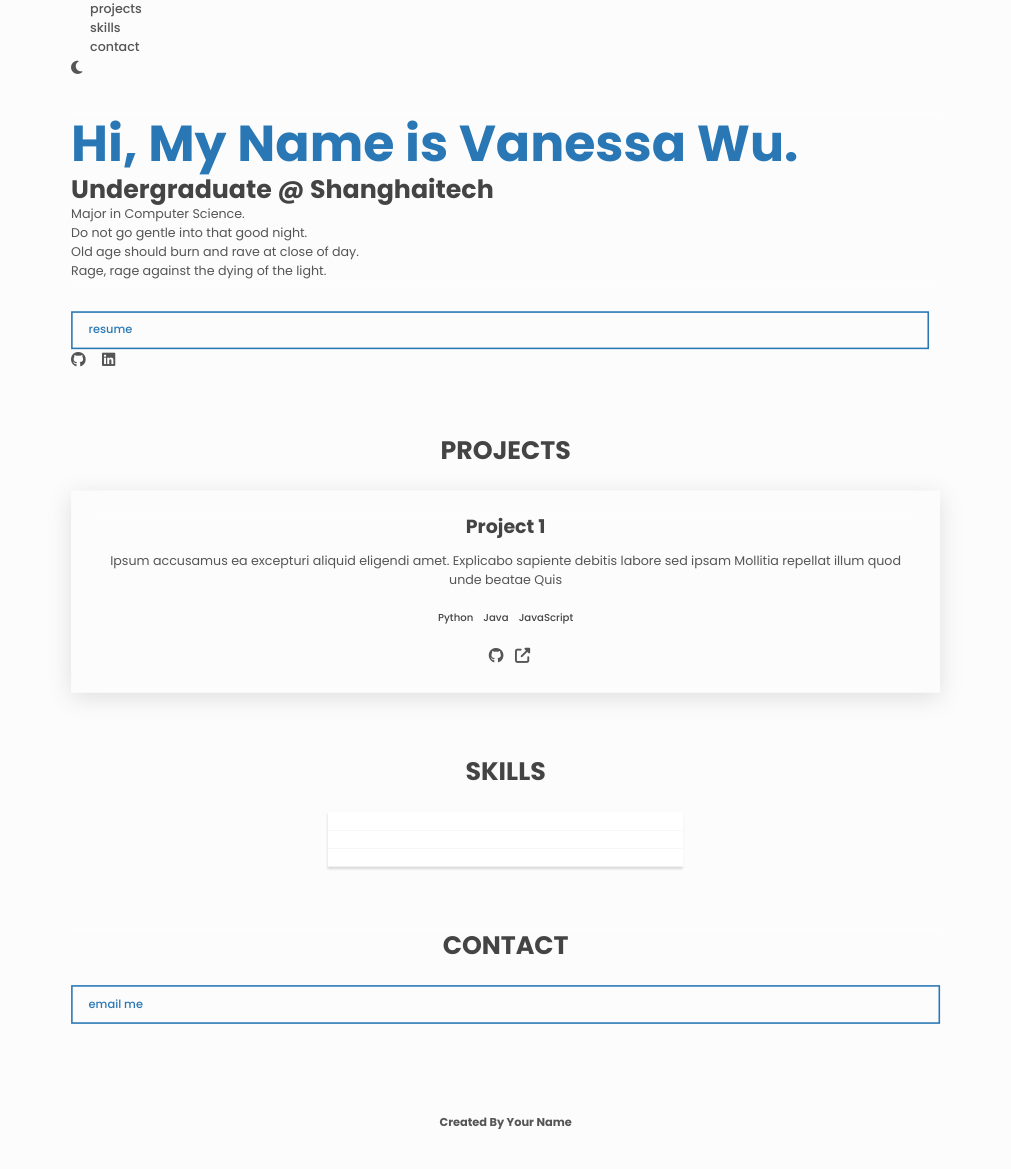
Repository: indiansummer1022/Cubstart
Page: Web Track/hw1/index.html
An editor plug-in stored every save of this project. The page is shown before and after a run of saves, followed by the edit.
The browser window is 1280 px wide. The pictures show the whole page, at 79% of full size.
Some web libraries are served in a nearby version.

Above is the page before, as saved 2022-02-15 21:20:38.

### Web Track/hw1/index.html
<!DOCTYPE html>
<html lang="en">

<head>
  <meta charset="UTF-8" />
  <meta name="viewport" content="width=device-width, initial-scale=1" />
  <meta name="description" content="Portfolio" />
  <link rel="preconnect" href="https://fonts.googleapis.com" />
  <link rel="preconnect" href="https://fonts.gstatic.com" crossorigin />
  <link href="https://fonts.googleapis.com/css2?family=Poppins:wght@400;500;700&display=swap" rel="stylesheet" />
  <script src="https://kit.fontawesome.com/fa62c117c7.js" crossorigin="anonymous"></script>
  <!-- BEGIN PART 1 -->
  <link rel="stylesheet" href ="styles.css">
  <title>Vanessa Wu</title>
  <!-- END PART 1 -->
</head>

<body class="light" id="top">
  <header class="header center">
    <!-- BEGIN PART 2 -->
    <h3>
        <a href="/"></a>
    </h3>
    <!-- END PART 2 -->
    <nav class="nav center">
      <ul class="nav__list center">
        <li class="nav__list-item">
          <a class="link link--nav" href="#projects">Projects</a>
        </li>
        <li class="nav__list-item">
          <a class="link link--nav" href="#skills">Skills</a>
        </li>
        <li class="nav__list-item">
          <a class="link link--nav" href="#contact">Contact</a>
        </li>
      </ul>

      <!-- BEGIN PART 5 -->

      <button type="button" aria-label="toggle theme" class="btn btn--icon">
        <i id="btn-theme" class="fas fa-moon"></i>
      </button>

      <!--
        5.1: What does this button tag correspond to on the site?

        Corresponds to the moon icon on top left of the page which to change the light/ dark theme of the website.

      -->

      <button type="button" aria-label="toggle navigation" class="btn btn--icon nav__hamburger">
        <i class="fas fa-bars"></i>
      </button>

      <!--
        5.2: Try Ctrl-F in styles.css and look the class 'nav__hamburger'. You'll notice that it
        appears in 2 places. Why is one of the rules 'display: none' on one instance? How do you
        make it so that this button appears on screen?
        Hint: remember what @media (max-width: 600px) means.

        1. @media (max-width: 600px) is for mobile so hamburger is set to appear on the screen if it is the mobile version.
        The element is hidden if it is the desktop version. [referring: @hannahmcg]
        2. Change 'display: none' to flex so this button will appear.

      -->

      <!-- END PART 5 -->
    </nav>
  </header>

  <main>
    <div class="about center">
      <!-- BEGIN PART 6 -->
      <h1 class="about__name">
        Hi, My Name is Vanessa Wu.
      </h1>
      <h2 class="about_role">
        Undergraduate @ Shanghaitech
      </h2>
      <p class="about-desc">
        Major in Computer Science. <br>
        Do not go gentle into that good night. <br>
        Old age should burn and rave at close of day. <br>
        Rage, rage against the dying of the light. <br>
      </p>
      <!-- END PART 6 -->
      <div class="about__contact center">
        <a href="https://example.com">
          <span class="btn btn--outline">Resume</span>
        </a>

        <a href="https://github.com/" aria-label="github" class="link link--icon">
          <i aria-hidden="true" class="fab fa-github"></i>
        </a>

        <a href="https://linkedin.com/in/" aria-label="linkedin" class="link link--icon">
          <i aria-hidden="true" class="fab fa-linkedin"></i>
        </a>
      </div>
    </div>
    <section id="projects" class="section projects">
      <h2 class="section__title">Projects</h2>
      <div class="projects__grid">
        <!-- BEGIN PART 8 -->
        <div class="project">
          <h3>Project 1</h3>
          <p class="project__description">
            Ipsum accusamus ea excepturi aliquid eligendi amet. Explicabo
            sapiente debitis labore sed ipsam Mollitia repellat illum quod
            unde beatae Quis
          </p>
          <ul class="project__stack">
            <li class="project__stack-item">Python</li>
            <li class="project__stack-item">Java</li>
            <li class="project__stack-item">JavaScript</li>
          </ul>

          <a href="https://github.com" aria-label="source code" class="link link--icon">
            <i aria-hidden="true" class="fab fa-github"></i>
          </a>
          <a href="https://example.com" aria-label="live preview" class="link link--icon">
            <i aria-hidden="true" class="fas fa-external-link-alt"></i>
          </a>
        </div>
        <!-- END PART 8 -->
      </div>
    </section>


    <section class="section skills" id="skills">
      <!-- BEGIN PART 10 -->
      <h2 class="section__title">Skills</h2>
      <ul class="skills__list">
        <li class="skills__list-item btn btn--plain"></li>
        <li class="skills__list-item btn btn--plain"></li>
        <li class="skills__list-item btn btn--plain"></li>
      </ul>
      <!-- END PART 10 -->
    </section>
    <section class="section contact center" id="contact">
      <h2 class="section__title">Contact</h2>
      <a href="mailto:youremail@gmail.com">
        <span class="btn btn--outline">Email me</span>
      </a>
    </section>
  </main>

  <footer class="footer">
    <!-- BEGIN PART 12 -->
    <a href="/" class="link footer__link">
      Created By Your Name
    </a>
    <!-- END PART 12 -->
  </footer>


  <div class="scroll-container">
    <div class="scroll-top">
      <a aria-label="Scroll up" href="#top">
        <i aria-hidden="true" class="fas fa-arrow-up"></i>
      </a>
    </div>
  </div>
  <script src="./script.js"></script>
</body>

</html>

### Web Track/hw1/styles.css
/*===============
  global styles
===============*/

* {
  padding: 0;
  margin: 0;
  border: 0;
  outline: 0;
  background-color: inherit;
  color: inherit;
  font-family: inherit;
  font-size: inherit;
  box-shadow: none;
  box-sizing: border-box;
}

html {
  scroll-behavior: smooth;
}

body {
  font-family: "Poppins", sans-serif;
  line-height: 1.5;
  color: var(--clr-fg);
  background-color: var(--clr-bg);
}

.light {
  --clr-bg: #fcfcfc;
  --clr-bg-alt: #fff;
  --clr-fg: #555;
  --clr-fg-alt: #444;
  --clr-primary: #2978b5;
  --shadow: rgba(100, 100, 111, 0.2) 0px 7px 29px 0px;
}

.dark {
  --clr-bg: #23283e;
  --clr-bg-alt: #2a2f4c;
  --clr-fg: #bdbddd;
  --clr-fg-alt: #cdcdff;
  --clr-primary: #90a0d9;
  --shadow: rgba(0, 0, 0, 0.16) 0px 10px 36px 0px,
    rgba(0, 0, 0, 0.06) 0px 0px 0px 1px;
}

::-moz-selection {
  background: var(--clr-primary);
  color: var(--clr-bg);
}

::-webkit-selection,
::selection {
  background: var(--clr-primary);
  color: var(--clr-bg);
}

h1,
h2,
h3,
h4 {
  line-height: 1.2;
  color: var(--clr-fg-alt);
}

h1 {
  font-size: 4rem;
}

h2 {
  font-size: 2rem;
}

h3 {
  font-size: 1.5rem;
}

h4 {
  font-size: 1.3rem;
}

ul {
  list-style-type: none;
}

a {
  text-decoration: none;
}

button {
  cursor: pointer;
}

@media (max-width: 900px) {
  h1 {
    font-size: 2.6rem;
  }
}

/*===================
  buttons and links
===================*/

.link {
  color: var(--clr-primary);
  padding: 0 0 0.3em 0;
  position: relative;
}

.link:hover {
  color: var(--clr-primary);
}

/* BEGIN PART 4 */

.link::before {
  content: "";
  display: inline;
  width: 0%;
  height: 0.2em;
  position: absolute;
  bottom: 0;
  background-color: var(--clr-primary);
  /* transition: */
}

.link:hover::before,
.link:focus::before {
  width: 100%;
  transition: property width, duration 5s, timing-function ease-in;
}

/* END PART 4 */

.link--nav {
  color: var(--clr-fg);
  text-transform: lowercase;
  font-weight: 500;
}

.link--icon {
  color: var(--clr-fg);
  font-size: 1.2rem;
}

.btn {
  display: block;
  padding: 0.8em 1.4em;
  font-weight: 500;
  font-size: 0.9rem;
  text-transform: lowercase;
  transition: transform 0.2s ease-in-out;
}

.btn--outline {
  color: var(--clr-primary);
  border: 2px solid var(--clr-primary);
  position: relative;
  overflow: hidden;
  z-index: 1;
}

.btn--outline:focus,
.btn--outline:hover {
  color: var(--clr-bg);
}

.btn--outline:before {
  content: "";
  position: absolute;
  background-color: var(--clr-primary);
  right: 100%;
  bottom: 0;
  left: 0;
  top: 0;
  z-index: -1;
  transition: right 0.2s ease-in-out;
}

.btn--outline:hover::before,
.btn--outline:focus::before {
  right: 0;
}

.btn--plain {
  text-transform: initial;
  background-color: var(--clr-bg-alt);
  box-shadow: rgba(0, 0, 0, 0.15) 0px 3px 3px 0px;
  border: 0;
}

.btn--plain:hover {
  transform: translateY(-4px);
}

.btn--icon {
  padding: 0;
  font-size: 1.2rem;
}

.btn--icon:hover,
.btn--icon:focus {
  color: var(--clr-primary);
}

.btn--icon:active {
  transform: translateY(-5px);
}

/*========
  layout
========*/

/* BEGIN PART 3 */

.center {
  justify-content: center;
  flex-direction: column;
}

.header {
  height: 8em;
  max-width: 1100px;
  width: 95%;
  margin: 0 auto;
  /* justify-content: */
  justify-content: space-around;
}

/* END PART 3 */

main {
  max-width: 1100px;
  width: 95%;
  margin: 0 auto;
}

.section {
  margin-top: 5em;
}

.section__title {
  text-align: center;
  margin-bottom: 1em;
  text-transform: uppercase;
}

.nav__list {
  margin-right: 1.5em;
  display: flex;
}

.nav__list-item {
  margin-left: 1.5em;
}

.nav__hamburger {
  display: none;
  width: 1em;
}

/* BEGIN PART 7 */

.about {
  flex-direction: column;
  margin-top: 1em;
}

/* END PART 7 */

.about__name {
  color: var(--clr-primary);
}

.about__role {
  margin-top: 1.2em;
}

.about__desc {
  font-size: 1rem;
  max-width: 600px;
}

.about__desc,
.about__contact {
  margin-top: 2.4em;
}

.about .link--icon {
  margin-right: 0.8em;
}

.about .btn--outline {
  margin-right: 1em;
}

/* BEGIN PART 9 */

.projects__grid {
  max-width: 1100px;
  margin: 0 auto;
  /* display: */
  /* grid-template-columns: */
  /* grid-gap: */
}

/* END PART 9 */

.project {
  padding: 2em;
  margin: 0 auto;
  text-align: center;
  box-shadow: var(--shadow);
  transition: transform 0.2s linear;
}

.project:hover {
  transform: translateY(-7px);
}

.project__description {
  margin-top: 1em;
}

.project__stack {
  display: flex;
  flex-wrap: wrap;
  justify-content: center;
  margin: 1.2em 0;
}

.project__stack-item {
  margin: 0.5em;
  font-weight: 500;
  font-size: 0.8rem;
  color: var(--clr-fg-alt);
}

.project .link--icon {
  margin-left: 0.5em;
}

/* BEGIN PART 11 */

.skills__list {
  max-width: 450px;
  width: 95%;
  margin: 0 auto;
  /* display: */
  /* flex-wrap: */
  /* justify-content: */
}

.skills__list-item {
}

/* END PART 11 */

.contact {
  flex-direction: column;
}

.footer {
  padding: 3em 0;
  margin-top: 4em;
  text-align: center;
}

.footer__link {
  font-size: 0.9rem;
  font-weight: 700;
  color: var(--clr-fg);
}

.scroll-top {
  display: none;
  position: fixed;
  bottom: 1em;
  right: 2em;
  background-color: transparent;
  font-size: 1.8rem;
  transition: transform 0.2s ease-in-out;
}

@media (max-width: 600px) {
  .header {
    height: 6em;
  }

  .section {
    margin-top: 4em;
  }

  .nav__list {
    flex-direction: column;
    padding: 4em 0;
    position: absolute;
    right: 0;
    left: 0;
    top: 5em;
    background-color: var(--clr-bg);
    width: 0;
    overflow: hidden;
    transition: width 0.2s ease-in-out;
  }

  .display-nav-list {
    width: 100%;
  }

  .nav__list-item {
    margin: 0.5em 0;
  }

  .nav__hamburger {
    display: flex;
    margin-left: 0.8em;
  }

  .about {
    align-items: flex-start;
    margin-top: 2em;
  }

  .footer {
    padding: 2em;
    margin-top: 3em;
  }

  .scroll-container {
    display: none;
  }
}

### Web Track/hw1/script.js
const body = document.body

const btnTheme = document.querySelector('.fa-moon')
const btnHamburger = document.querySelector('.fa-bars')

const addThemeClass = (bodyClass, btnClass) => {
  body.classList.add(bodyClass)
  btnTheme.classList.add(btnClass)
}

const getBodyTheme = localStorage.getItem('portfolio-theme')
const getBtnTheme = localStorage.getItem('portfolio-btn-theme')

addThemeClass(getBodyTheme, getBtnTheme)

const isDark = () => body.classList.contains('dark')

const setTheme = (bodyClass, btnClass) => {

	body.classList.remove(localStorage.getItem('portfolio-theme'))
	btnTheme.classList.remove(localStorage.getItem('portfolio-btn-theme'))

  addThemeClass(bodyClass, btnClass)

	localStorage.setItem('portfolio-theme', bodyClass)
	localStorage.setItem('portfolio-btn-theme', btnClass)
}

const toggleTheme = () =>
	isDark() ? setTheme('light', 'fa-moon') : setTheme('dark', 'fa-sun')

btnTheme.addEventListener('click', toggleTheme)

const displayList = () => {
	const navUl = document.querySelector('.nav__list')

	if (btnHamburger.classList.contains('fa-bars')) {
		btnHamburger.classList.remove('fa-bars')
		btnHamburger.classList.add('fa-times')
		navUl.classList.add('display-nav-list')
	} else {
		btnHamburger.classList.remove('fa-times')
		btnHamburger.classList.add('fa-bars')
		navUl.classList.remove('display-nav-list')
	}
}

btnHamburger.addEventListener('click', displayList)

const scrollUp = () => {
	const btnScrollTop = document.querySelector('.scroll-top')

	if (
		body.scrollTop > 500 ||
		document.documentElement.scrollTop > 500
	) {
		btnScrollTop.style.display = 'block'
	} else {
		btnScrollTop.style.display = 'none'
	}
}

document.addEventListener('scroll', scrollUp)

After the next 5 saves:
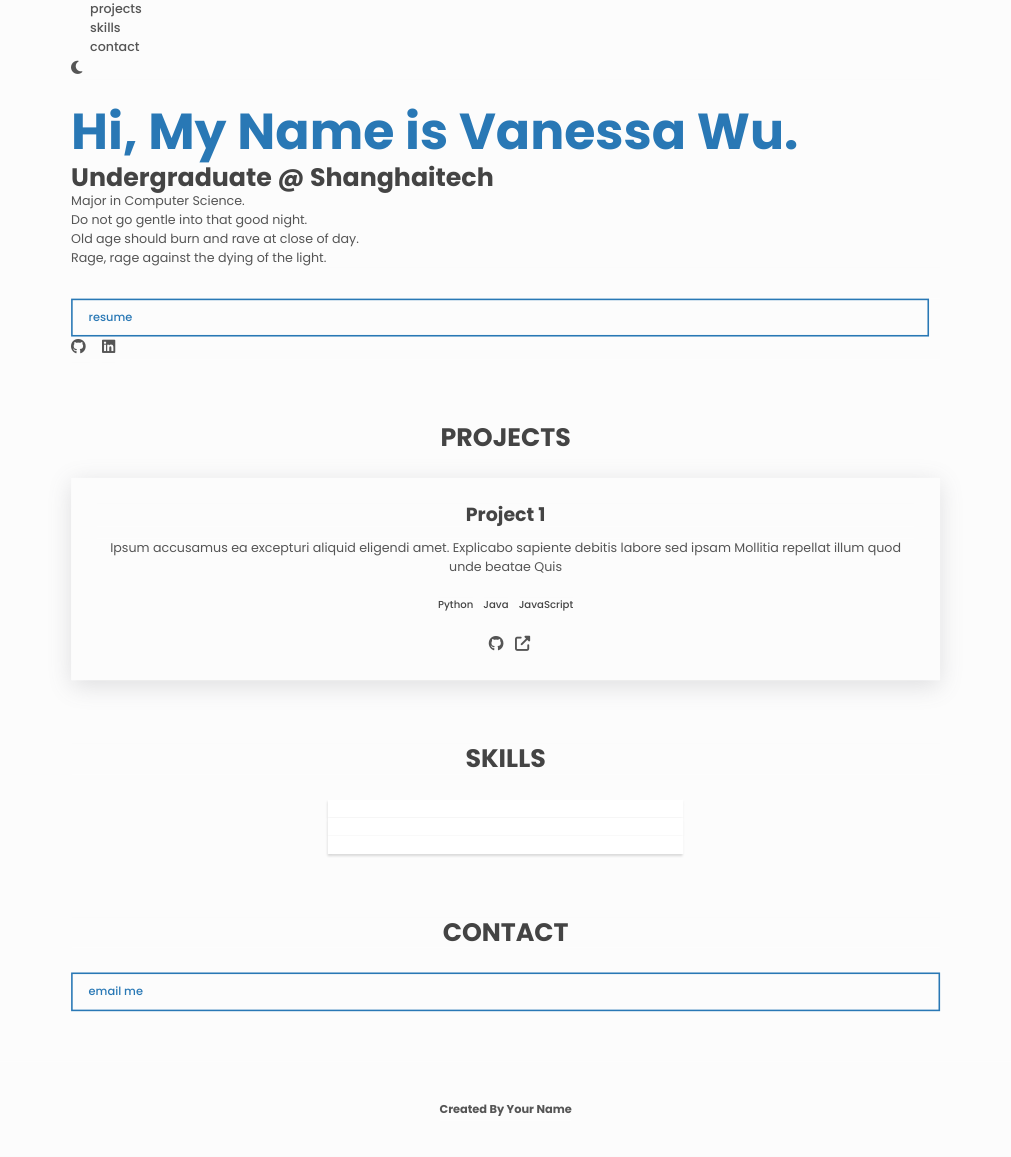
The 5 saves are shown as one change because they came seconds apart.
The last was saved 17 s later.
--- a/Web Track/hw1/styles.css
+++ b/Web Track/hw1/styles.css
@@ -264,7 +264,7 @@
 
 .about {
   flex-direction: column;
-  margin-top: 1em;
+  margin-top: 1;
 }
 
 /* END PART 7 */

After the save that followed:
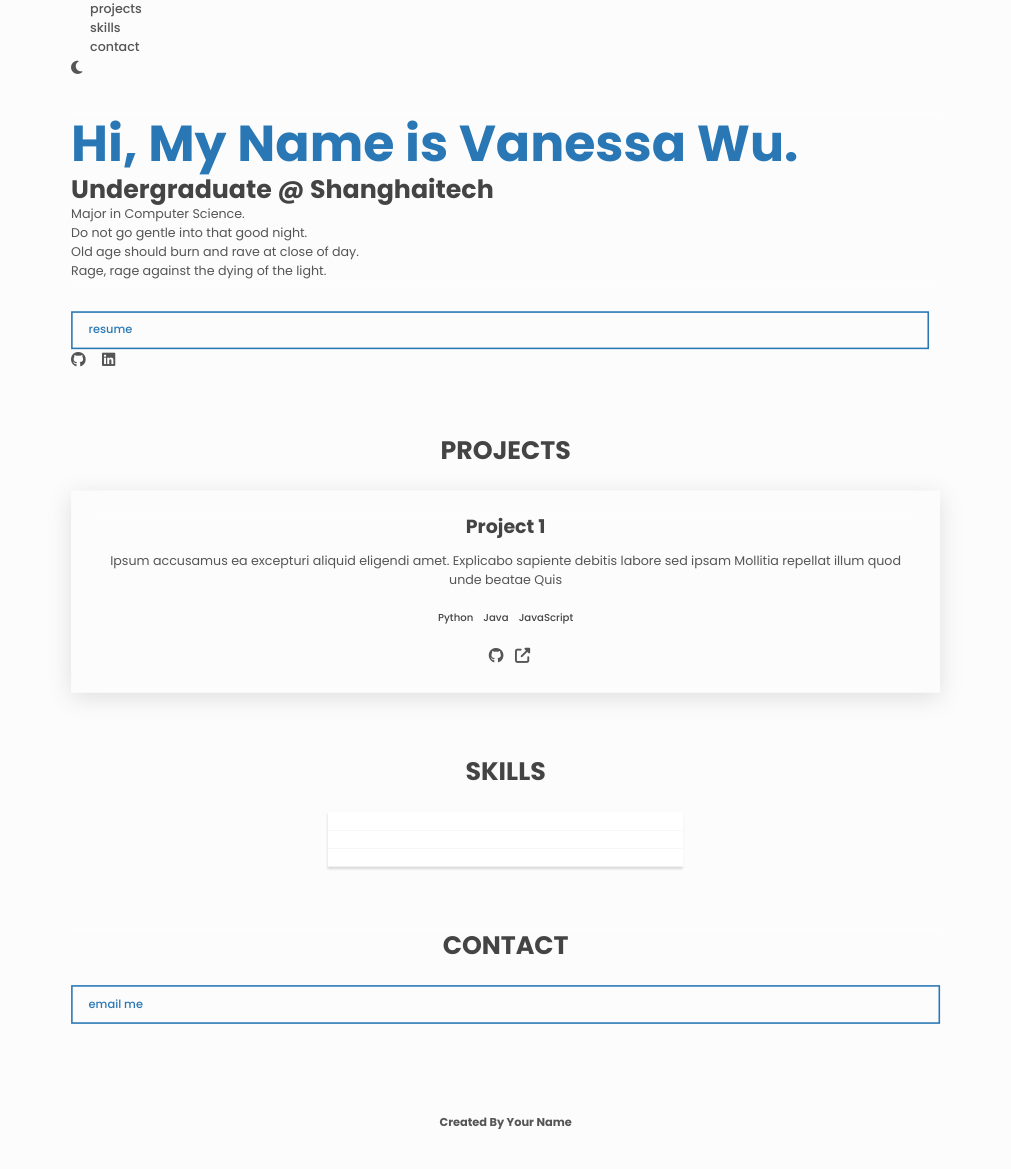
Saved 7 s later.
--- a/Web Track/hw1/styles.css
+++ b/Web Track/hw1/styles.css
@@ -264,7 +264,7 @@
 
 .about {
   flex-direction: column;
-  margin-top: 1;
+  margin-top: 1em;
 }
 
 /* END PART 7 */
